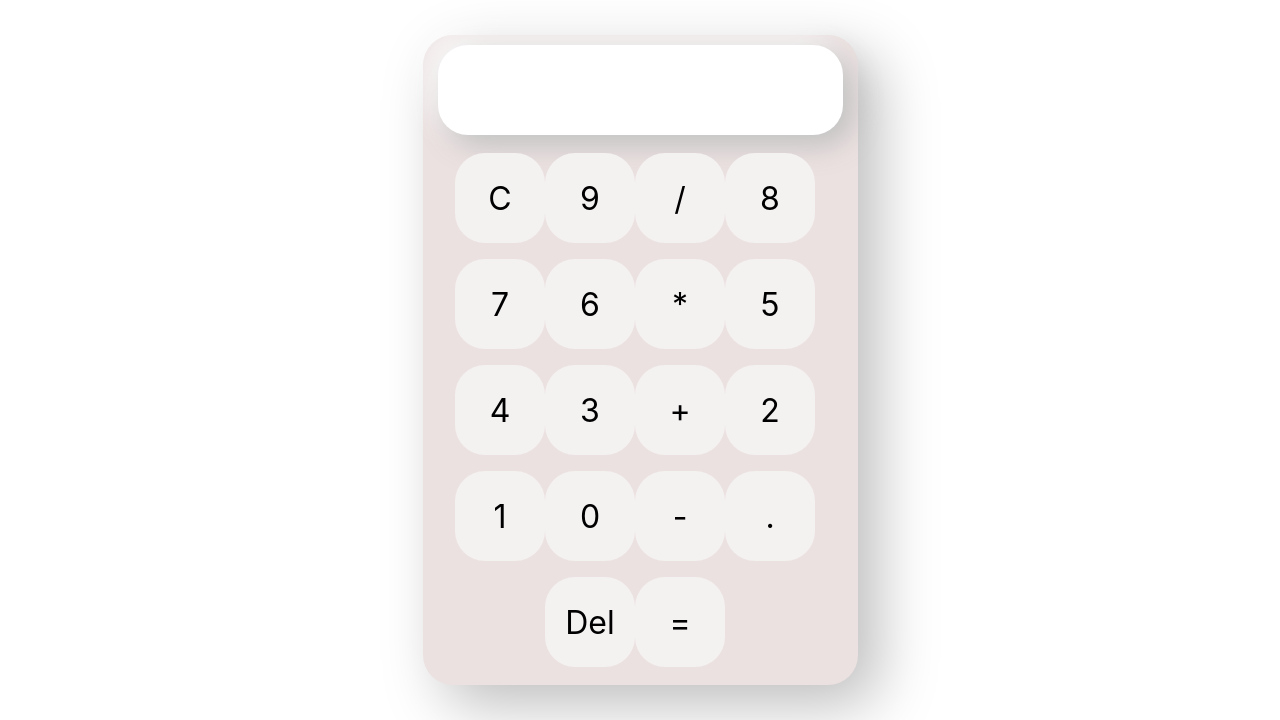
Repository: janidulnkg1/react-prac
Page: / (app in calculator/)
An editor plug-in stored every save of this project. The page is shown before and after the next save, followed by the edit.
The browser window is 1280 px wide. The pictures show the whole page.
The project was rebuilt for these pictures with package versions that can differ from the ones it lists, and the page was loaded fresh each time. Also part of the build but not shown: calculator/src/App.css.

Above is the page before, as saved 2023-09-15 11:07:26.

After the next save:
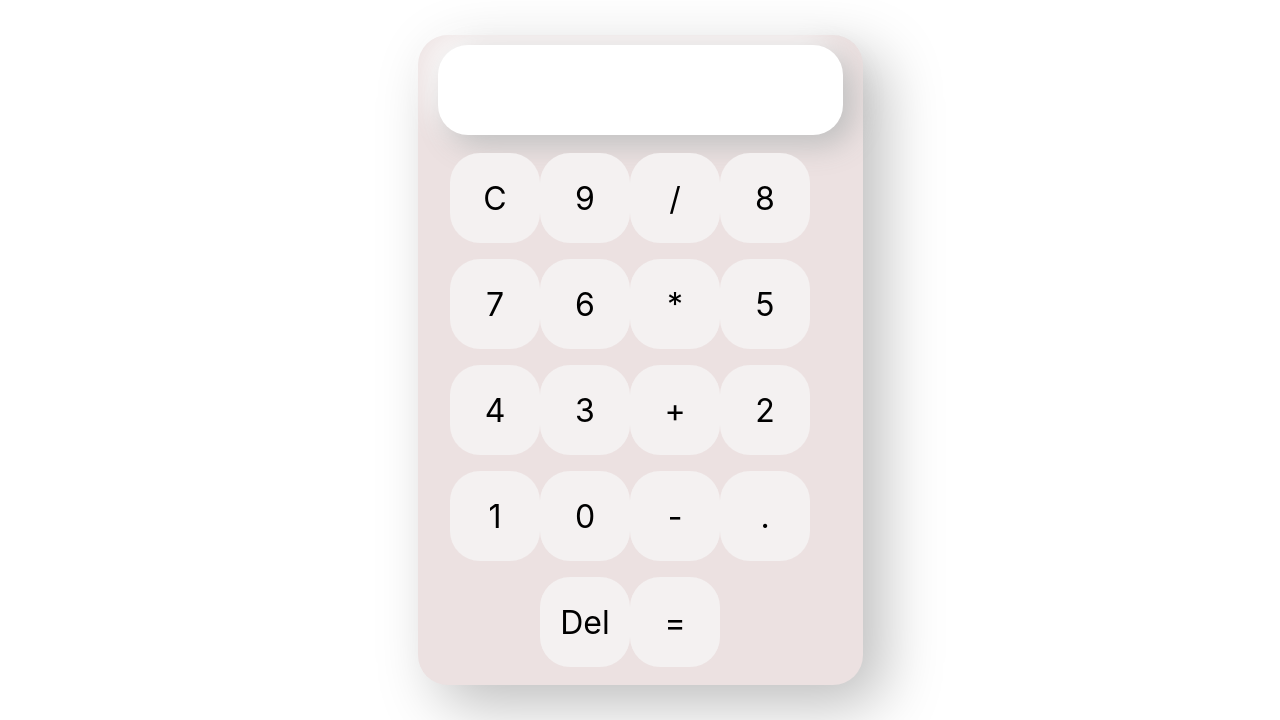
Saved 10 s later.
--- a/calculator/src/components/Home.module.css
+++ b/calculator/src/components/Home.module.css
@@ -14,7 +14,7 @@
 
 .inner{
     height: 650px;
-    width: 435px;
+    width: 445px;
     border-radius: 30px;
     background-color: #ece1e1;
     box-shadow: 20px 20px 60px #bebebe,
